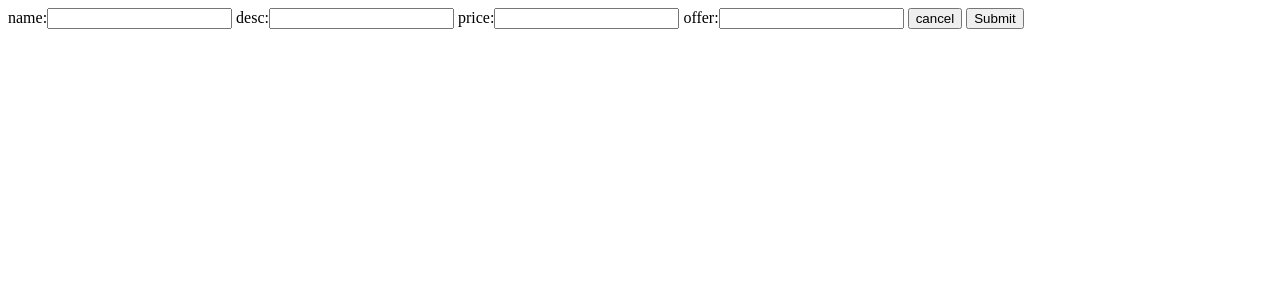
Repository: Ganesh9986320435/AllProjectsFromYestYantra
Page: http://localhost/mcdonaldsprojectjsp/menu.jsp
These files come from the project's save history. The page is drawn as it stood at one moment and after the next save; the edit follows.
The browser window is 1280 px wide. The pictures show the whole page.
The page is served by Tomcat 9. Other server files are loaded and not shown.

Above is the page before, as saved 2023-02-01 03:48:54.

### mcdonaldsprojectjsp/src/main/webapp/menu.jsp
<%@ page language="java" contentType="text/html; charset=UTF-8"
    pageEncoding="UTF-8"%>
<!DOCTYPE html>
<html>
<head>
<meta charset="UTF-8">
<title>Insert title here</title>
</head>
<body>
<form action="menu">
name:<input type="text" name="name">
desc:<input type="text" name="desc">
price:<input type="number" name="price">
offer:<input type="text" name="offer">
<a href="signin.jsp"><button>cancel</button></a>
<input type="submit">







</form>
</body>
</html>

After the next save:
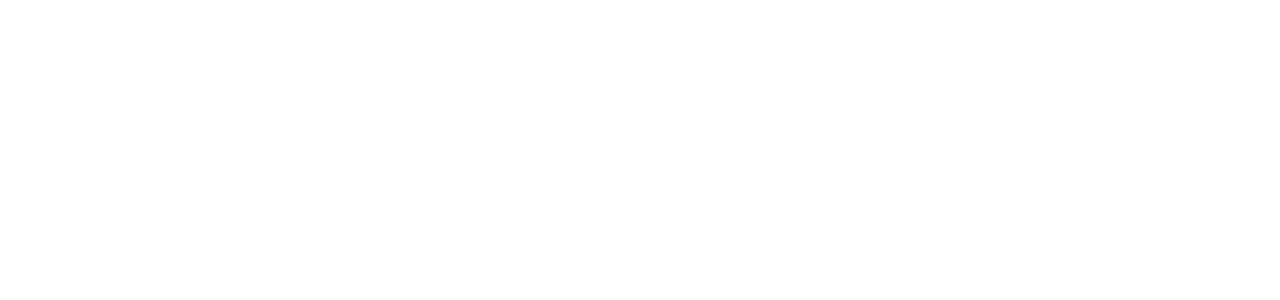
Saved 36 s later.
--- a/mcdonaldsprojectjsp/src/main/webapp/menu.jsp
+++ b/mcdonaldsprojectjsp/src/main/webapp/menu.jsp
@@ -7,13 +7,7 @@
 <title>Insert title here</title>
 </head>
 <body>
-<form action="menu">
-name:<input type="text" name="name">
-desc:<input type="text" name="desc">
-price:<input type="number" name="price">
-offer:<input type="text" name="offer">
-<a href="signin.jsp"><button>cancel</button></a>
-<input type="submit">
+
 
 
 

After the save that followed:
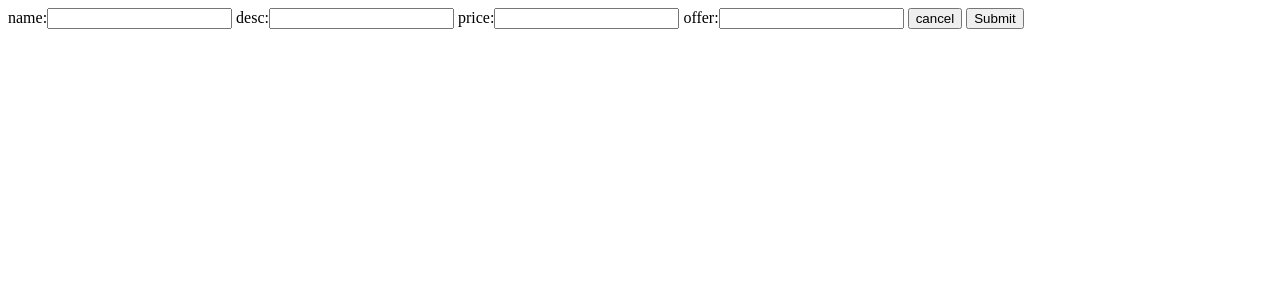
Saved 15 s later.
--- a/mcdonaldsprojectjsp/src/main/webapp/menu.jsp
+++ b/mcdonaldsprojectjsp/src/main/webapp/menu.jsp
@@ -7,7 +7,13 @@
 <title>Insert title here</title>
 </head>
 <body>
-
+<form action="menu">
+name:<input type="text" name="name">
+desc:<input type="text" name="desc">
+price:<input type="number" name="price">
+offer:<input type="text" name="offer">
+<a href=""><button>cancel</button></a>
+<input type="submit">
 
 
 
